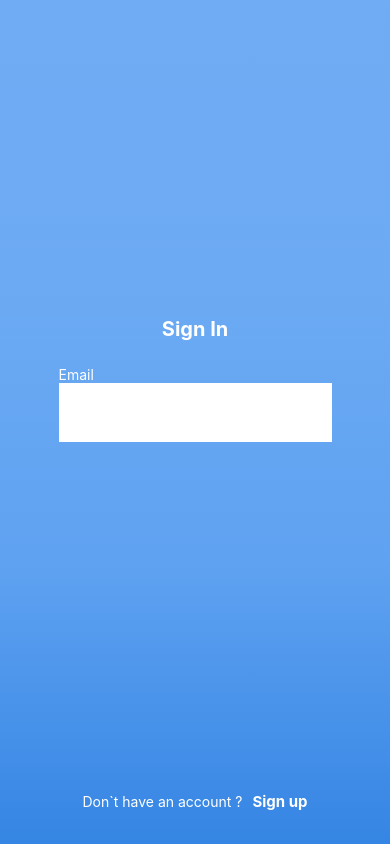
Repository: kamarajcalm/loginpage
Screen: /
These files come from the project's save history. The screen is drawn as it stood at one moment and after the next save; the edit follows.
The app was drawn by React Native's web renderer in a window 390 px wide. The project was rebuilt for these pictures with package versions that can differ from the ones it lists, and the page was loaded fresh each time.

Above is the screen before, as saved 2021-12-25 23:59:10.

After the next save:
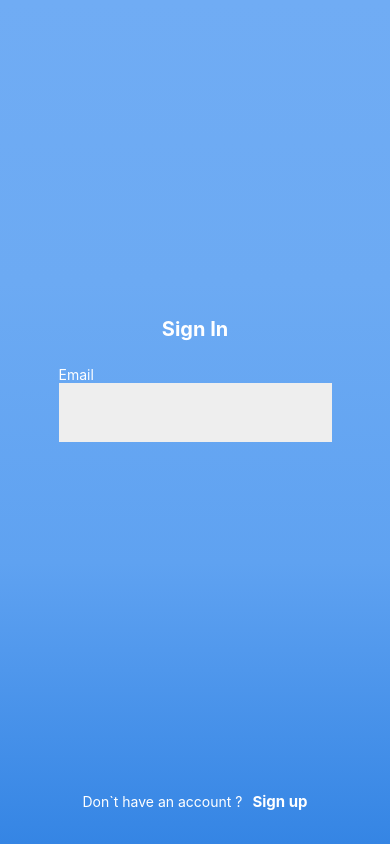
Saved 5 s later.
--- a/App.js
+++ b/App.js
@@ -63,7 +63,7 @@ const styles = StyleSheet.create({
     height: height * 0.07,
     width: width * 0.7,
     flexDirection: "row",
-    backgroundColor: "#fff"
+    backgroundColor: "#eee"
   },
   text: {
     color: "#fff"
